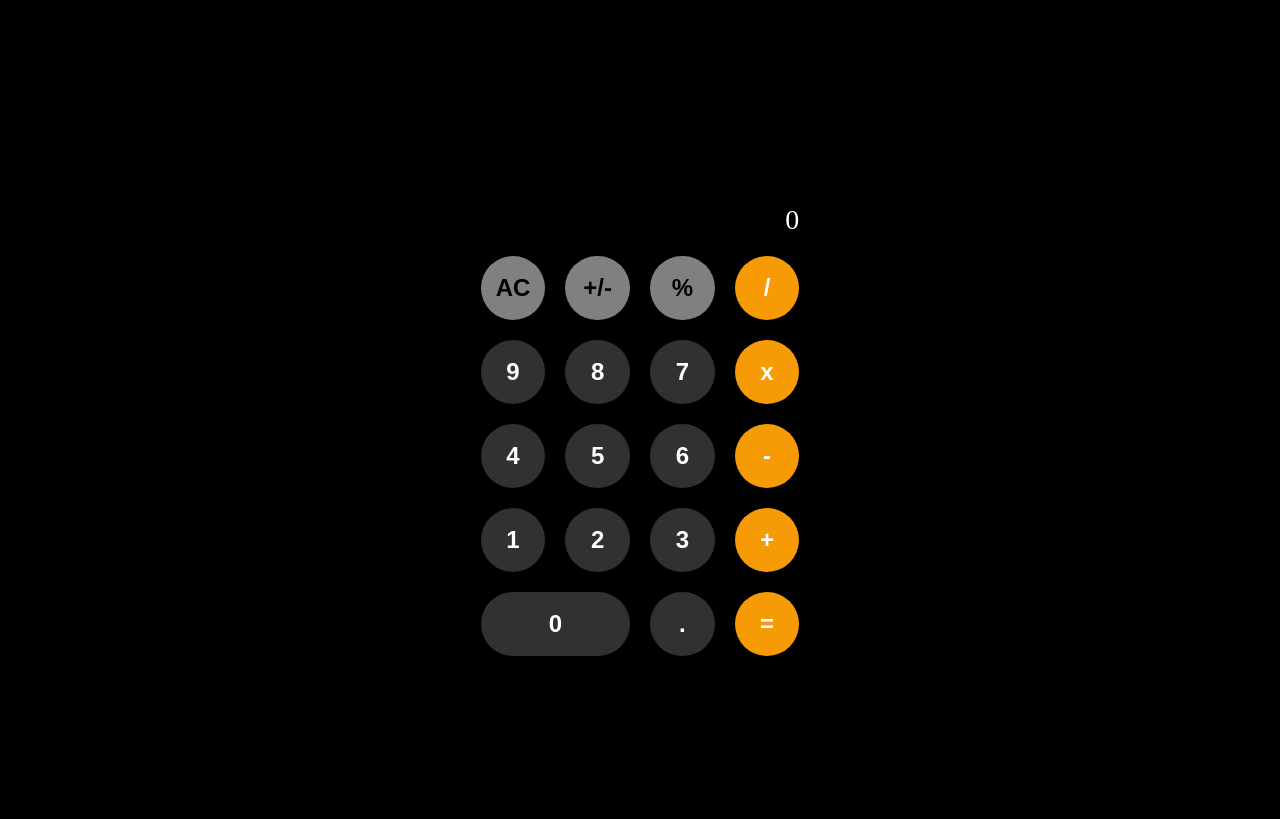
Repository: ble-syn/reactCalculator
Page: /
These files come from the project's save history. The page is drawn as it stood at one moment and after the next save; the edit follows.
The browser window is 1280 px wide. The pictures show the whole page.
The project was rebuilt for these pictures with package versions that can differ from the ones it lists, and the page was loaded fresh each time.

Above is the page before, as saved 2022-10-06 14:27:27.

### src/index.css
*{
  margin: 0;
  box-sizing: border-box;
}

body{
  display: flex;
  justify-content: center;
  align-items: center;
  flex-direction: column;
  background-color: #000;
  color: #fff;
  margin: 12% auto;
}
.container {
  max-width: 1200px;
  padding: 10px;
}
#calculator-display {
  border: none;
  width: 100%;
  text-align: right;
  font-size: 28px;
  padding: 50px 10px 10px;
  color: #fff;
  background-color: #000;
}

.calculator-keys{
  display: grid;
  grid-template-columns: repeat(4, 1fr);
  grid-gap: 20px;
  margin: 10px;
}
button {
  padding: 18px 15px;
  display: grid;
  place-items: center;

  outline: none;
  border-radius: 50px;
  font-weight: 700;
  border: none;
  color: #fff;
  background-color: #313131;
  font-size: 24px;
  cursor: pointer;
}
.zero {
  grid-column: 1/3;
}
.gray {
  background-color: gray;
  color: #000;
}
.yellow {
  background-color: #F69A06;
}

### src/App.js



function App() {
const numClick = (event) => {
      event.preventDefault()
      let value = event.target.value
      return value
    }
  return (
    <main id="container">
      <div class="calculator">
          <div id="calculator-display">0</div>

          <div class="calculator-keys">
              <button onClick={numClick} value="" class="gray">AC</button>
              <button onClick={numClick} value="-" class="gray">+/-</button>
              <button onClick={numClick} value="%" class="gray">%</button>
              <button onClick={numClick} value="/" class="yellow">/</button>
              <button onClick={numClick} value={9}>9</button>
              <button onClick={numClick} value={8}>8</button>
              <button onClick={numClick} value={7}>7</button>
              <button onClick={numClick} value="*" class="yellow">x</button>
              <button onClick={numClick} value={4}>4</button>
              <button onClick={numClick} value={5}>5</button>
              <button onClick={numClick} value={6}>6</button>
              <button onClick={numClick} value="-" class= "yellow">-</button>
              <button onClick={numClick} value={1}>1</button>
              <button onClick={numClick} value={2}>2</button>
              <button onClick={numClick} value={3}>3</button>
              <button onClick={numClick} value="+" class="yellow">+</button>
              <button onClick={numClick} value={0} class="zero" >0</button>
              <button onClick={numClick} value="=" data-action="decimal">.</button>
              <button onClick={numClick} value="=" class="yellow">=</button>
          </div>
      </div>
    </main>
  )
}

export default App;

Loaded but not shown: public/index.html (common file); src/index.js (common file); src/reportWebVitals.js (common file)

After the next save:
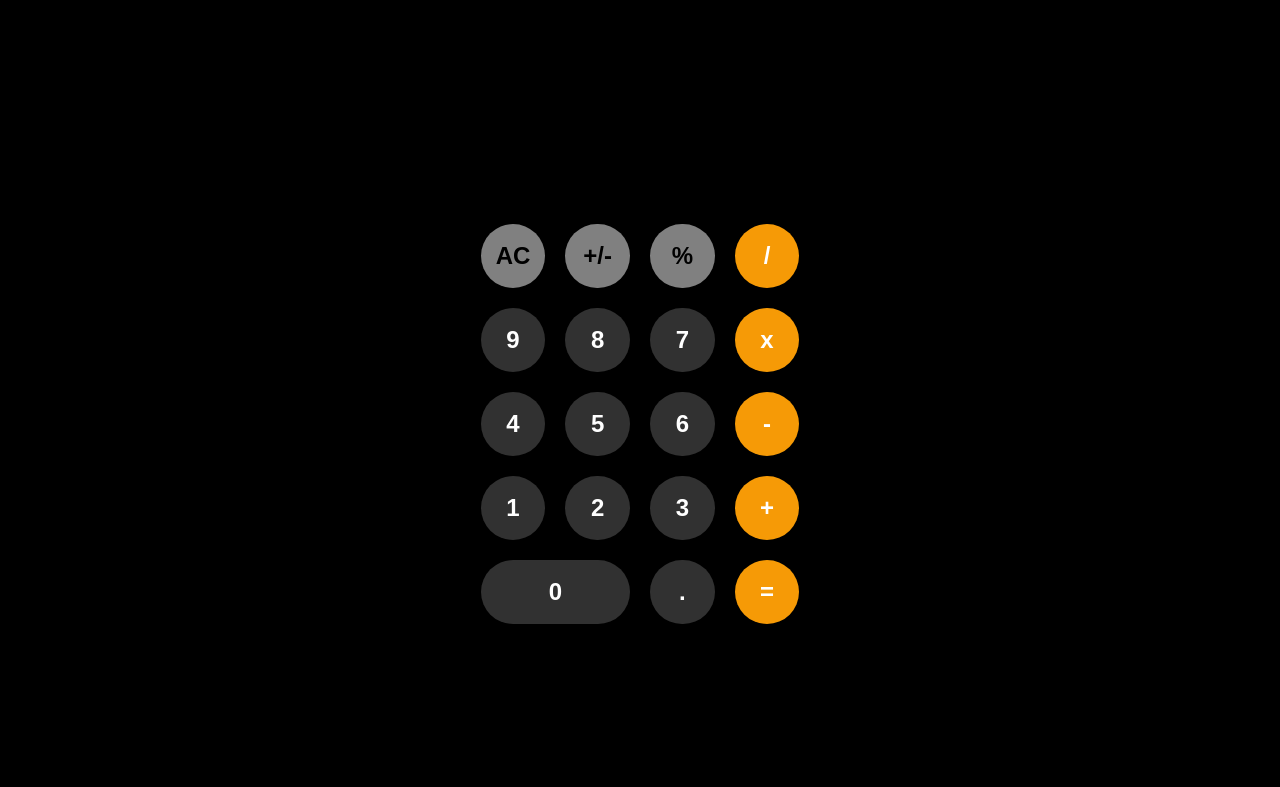
Saved 9 s later.
--- a/src/App.js
+++ b/src/App.js
@@ -10,7 +10,7 @@
   return (
     <main id="container">
       <div class="calculator">
-          <div id="calculator-display">0</div>
+          <div id="calculator-display">{numClick}</div>
 
           <div class="calculator-keys">
               <button onClick={numClick} value="" class="gray">AC</button>

After the save that followed:
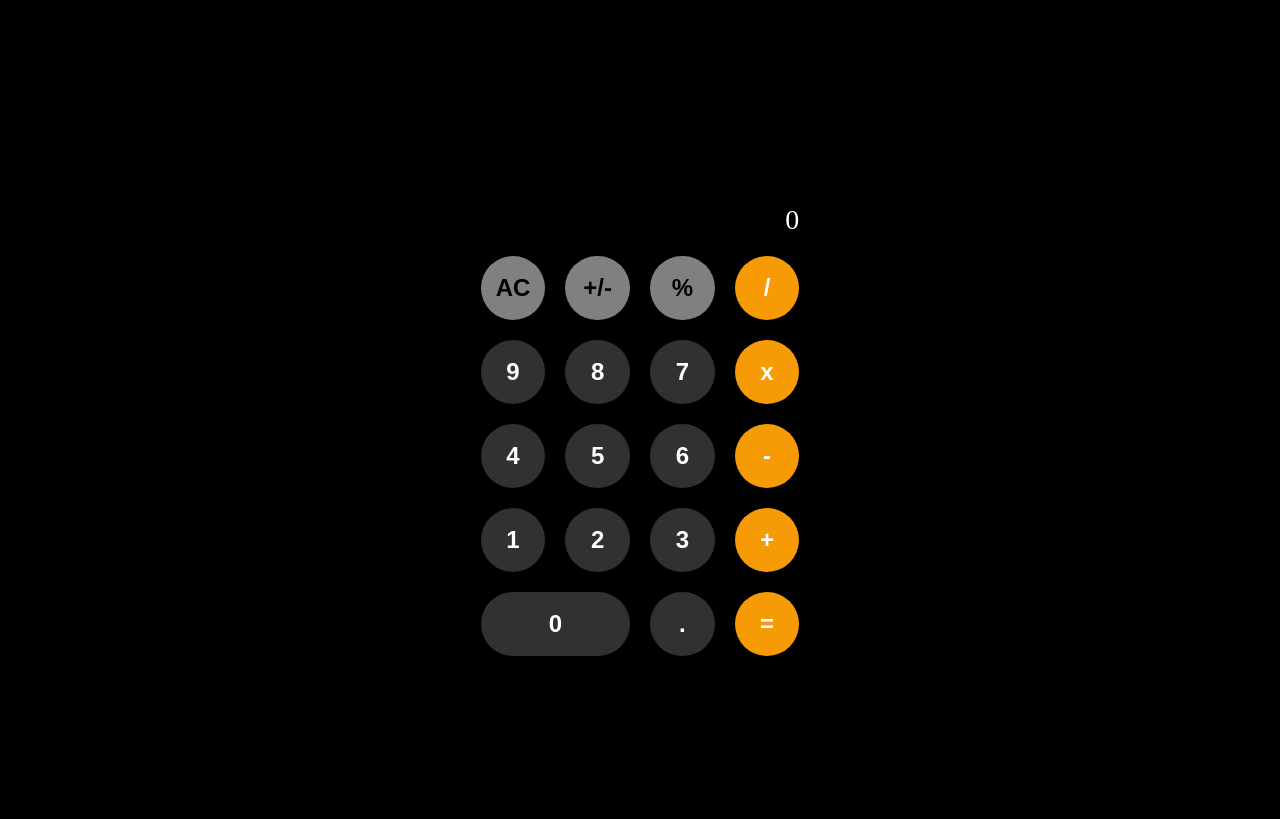
Saved 28 s later.
--- a/src/App.js
+++ b/src/App.js
@@ -5,12 +5,12 @@
 const numClick = (event) => {
       event.preventDefault()
       let value = event.target.value
-      return value
+      console.log(value)
     }
   return (
     <main id="container">
       <div class="calculator">
-          <div id="calculator-display">{numClick}</div>
+          <div id="calculator-display">0</div>
 
           <div class="calculator-keys">
               <button onClick={numClick} value="" class="gray">AC</button>
